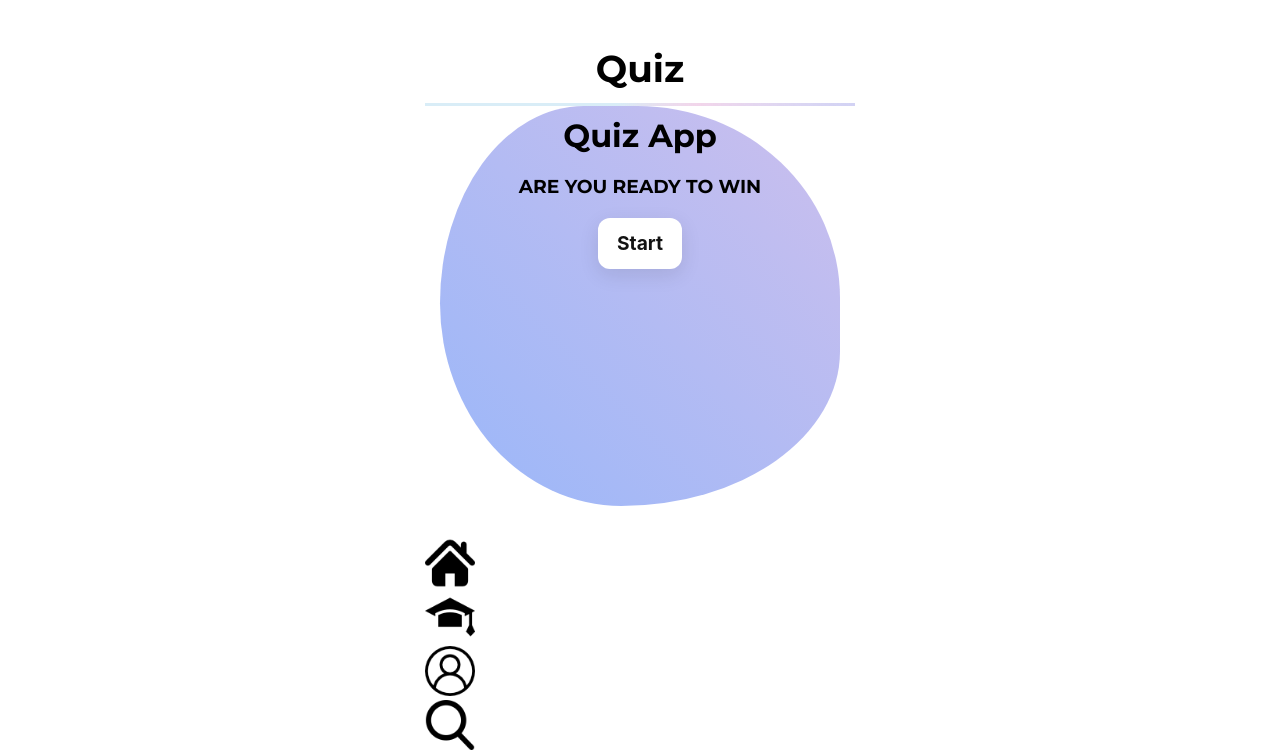
Repository: 1medi/pocketprof
Page: /QuizPage
An editor plug-in stored every save of this project. The page is shown before and after a run of saves, followed by the edit.
The browser window is 1280 px wide. The pictures show the whole page.
The project was rebuilt for these pictures with package versions that can differ from the ones it lists, and the page was loaded fresh each time. The framework's server and built-in components were replaced by stand-ins that run in the browser. Also part of the build but not shown: next.config.mjs, Components/Buttons/Oscar/Oscar.module.css, Components/Buttons/Oscar/index.js.

Above is the page before, as saved 2024-05-04 01:16:05.

After the next 2 saves:
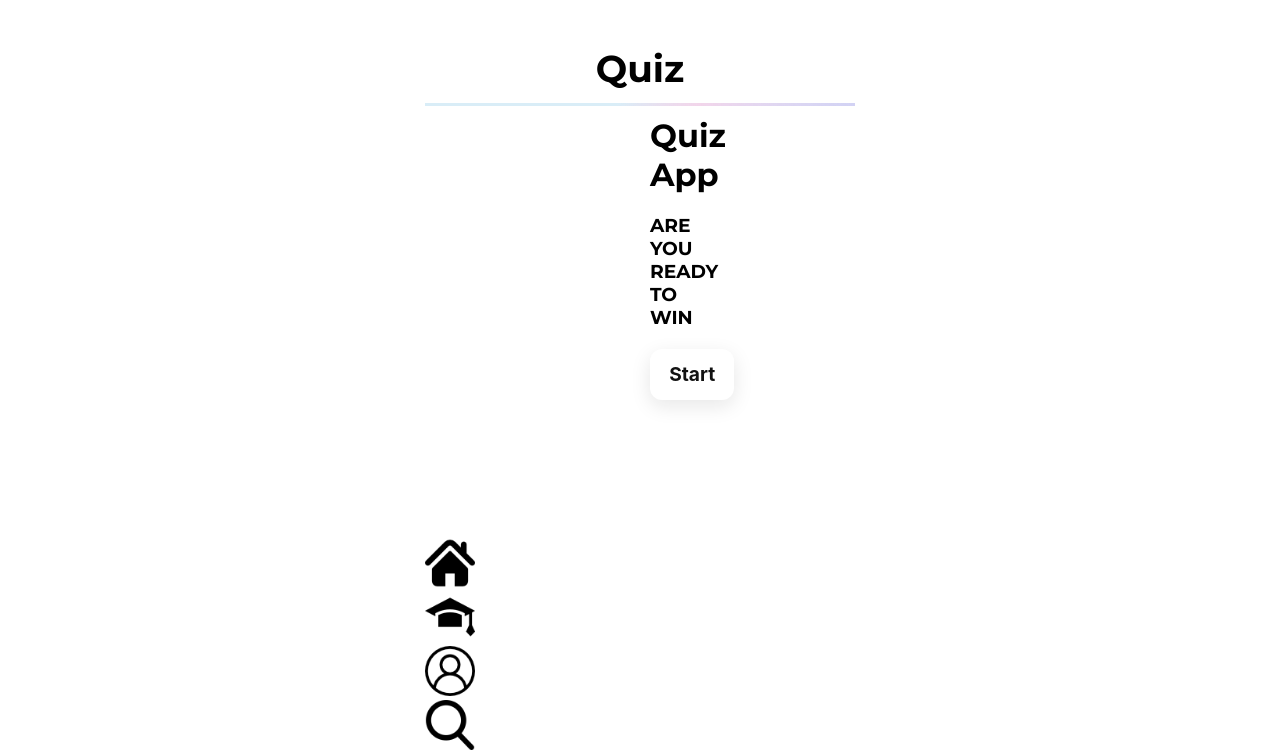
The 2 saves are shown as one change because they came seconds apart.
The last was saved 15 s later.
--- a/styles/QuizPage.module.css
+++ b/styles/QuizPage.module.css
@@ -33,9 +33,9 @@
   background: linear-gradient(45deg, var(--primary) 0%, var(--secondary) 100%);
  animation: morph 8s ease-in-out infinite;
  border-radius: 60% 40% 30% 70% / 60% 30% 70% 40%;
- height: 400px;
+ height: 00px;
  transition: all 1s ease-in-out;
- width: 400px;
+ width: 00px;
  z-index: 5;
  max-height: 932px;
  position: relative;

After the save that followed:
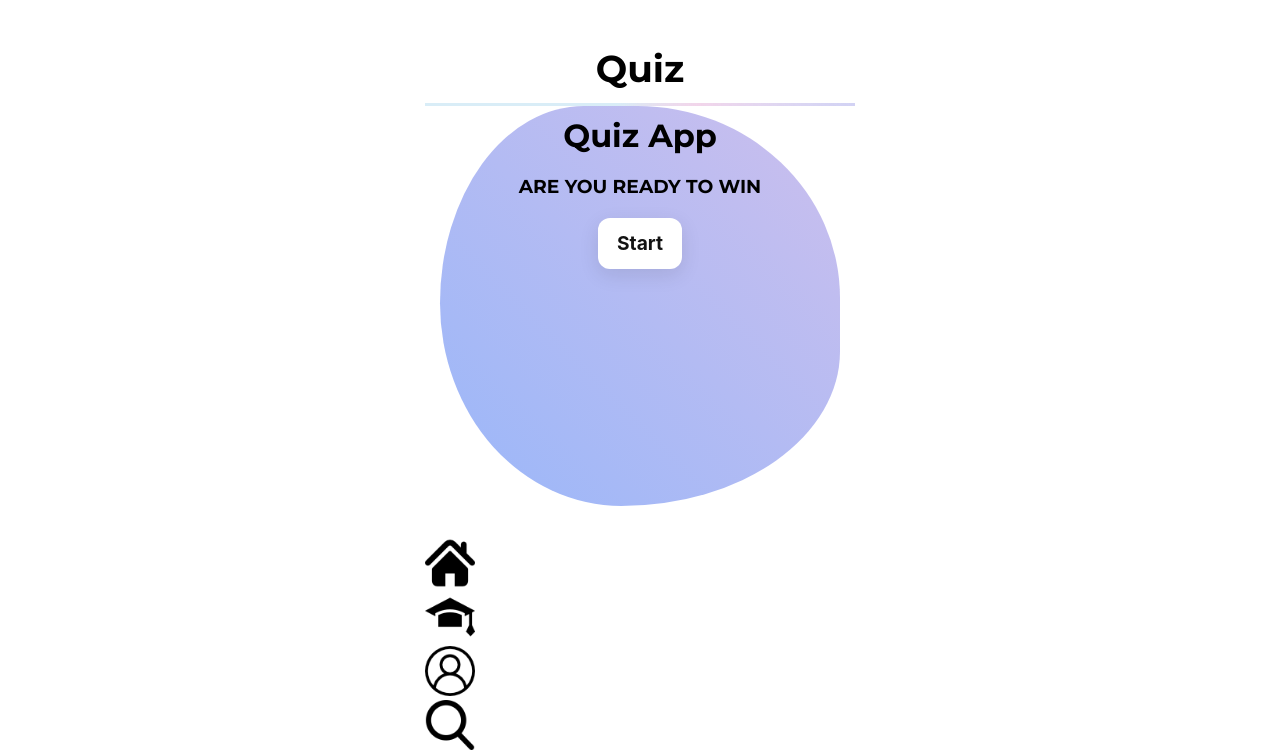
Saved 4 s later.
--- a/styles/QuizPage.module.css
+++ b/styles/QuizPage.module.css
@@ -33,9 +33,9 @@
   background: linear-gradient(45deg, var(--primary) 0%, var(--secondary) 100%);
  animation: morph 8s ease-in-out infinite;
  border-radius: 60% 40% 30% 70% / 60% 30% 70% 40%;
- height: 00px;
+ height: 400px;
  transition: all 1s ease-in-out;
- width: 00px;
+ width: 400px;
  z-index: 5;
  max-height: 932px;
  position: relative;
